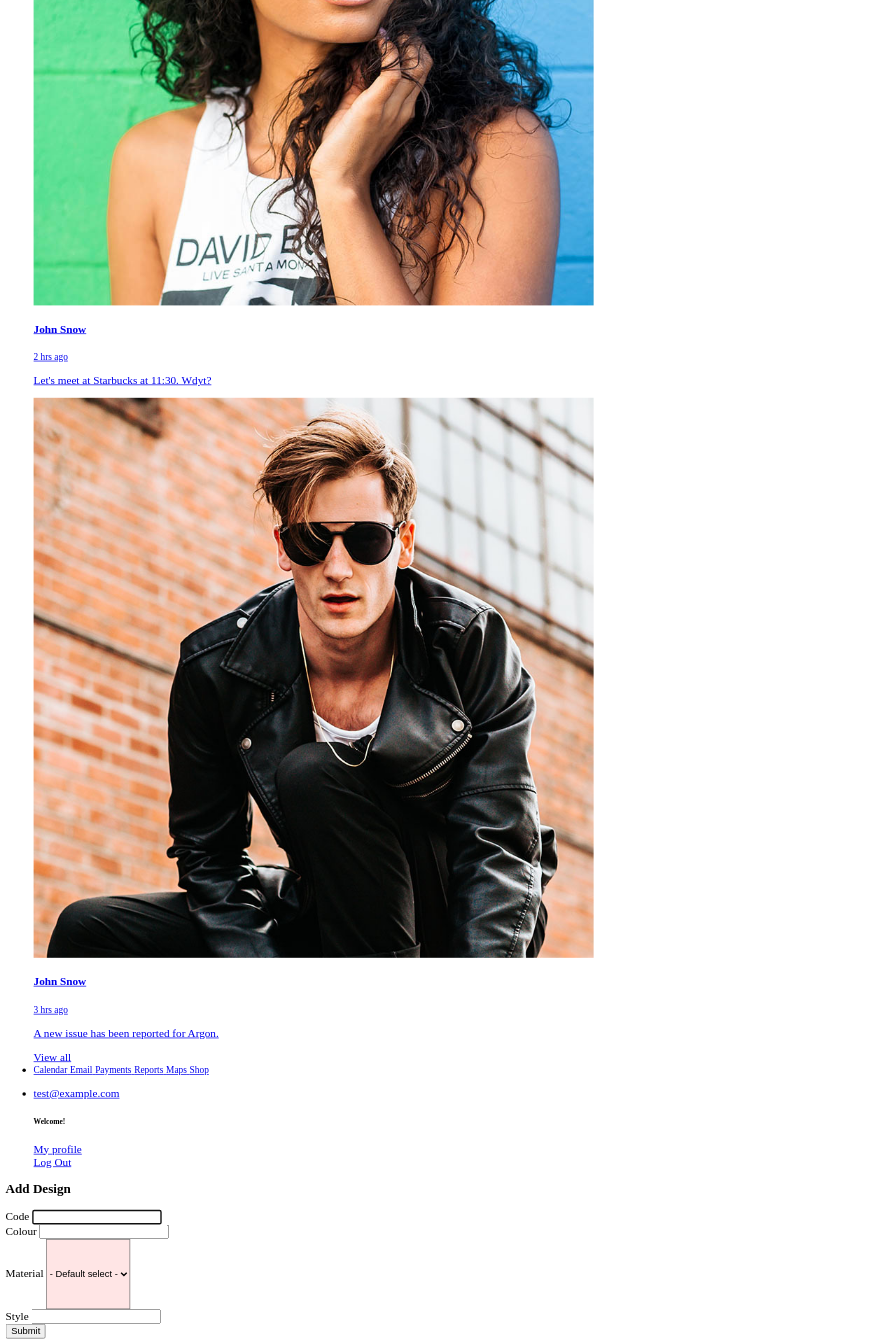
Repository: amirulaizat2004/tailorsystem-internship
Page: resources/views/design/create.blade.php
An editor plug-in stored every save of this project. The page is shown before and after the next save, followed by the edit.
The browser window is 1280 px wide. The pictures show the part of the page from y = 3666 to 5586 px (the page is 5586 px tall), at 70% of full size.
Some web libraries are served in a nearby version. The page is served by the project's Laravel application, run on PHP 8.4 with Laravel 8. A made-up administrator, Test User (test@example.com), is signed in. The template is opened directly, without the code that normally fills it, so the values that code supplies are empty.

Above is the page before, as saved 2021-10-27 15:09:28.
Console error: ReferenceError: jQuery is not defined

After the next save:
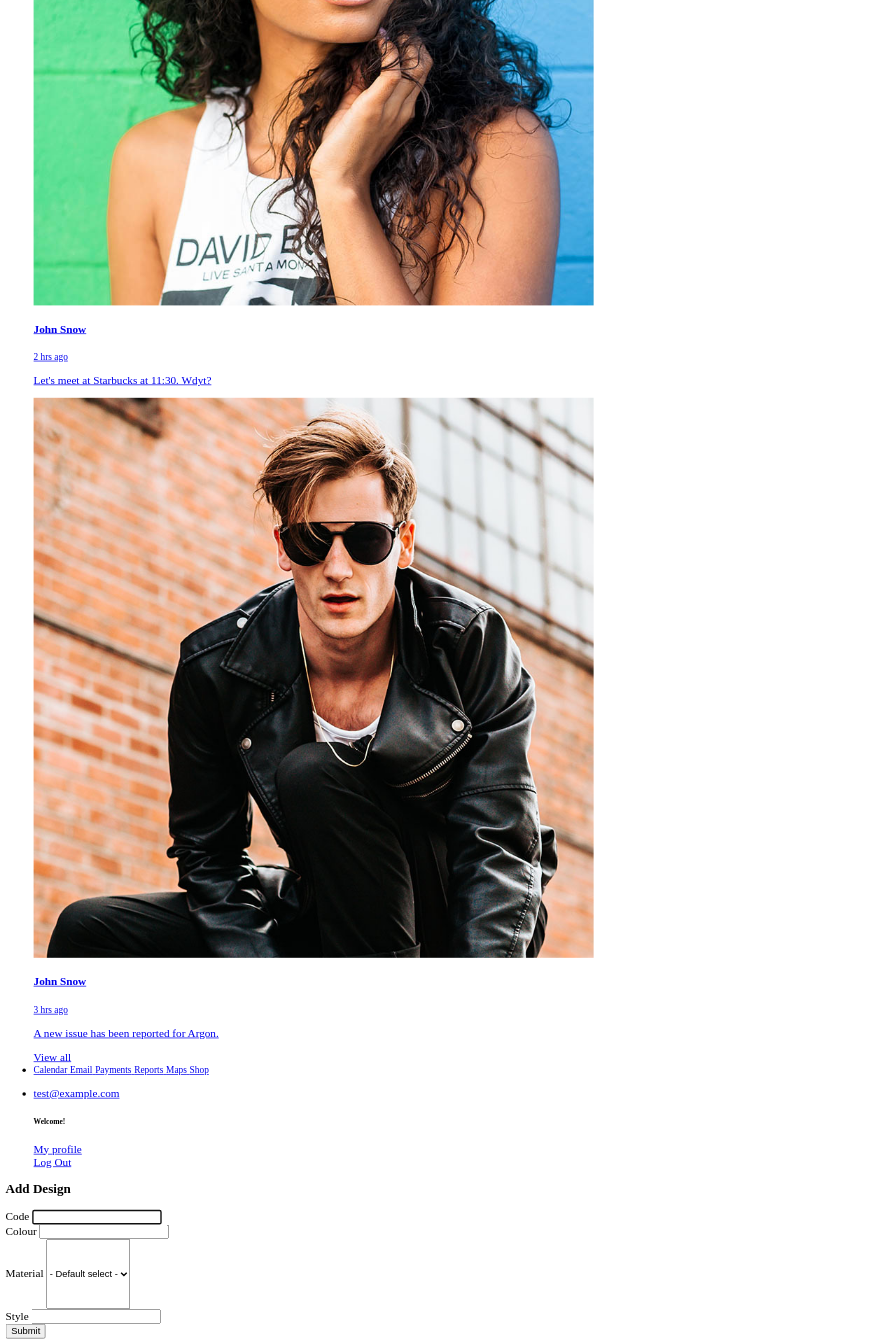
Saved 7 s later.
--- a/resources/views/design/create.blade.php
+++ b/resources/views/design/create.blade.php
@@ -27,7 +27,7 @@
 
     <div class="form-group">
       <label for="material">Material</label>
-      <select style="height: 100px; background-color: rgba(255,0,0,0.1);" class="form-control" id="material" name="material">
+      <select style="height: 100px;" class="form-control" id="material" name="material">
         <option value="">- Default select -</option>
         <option value="Cotton"> Cotton </option>
         <option value="Jacquard"> Jacquard </option>
